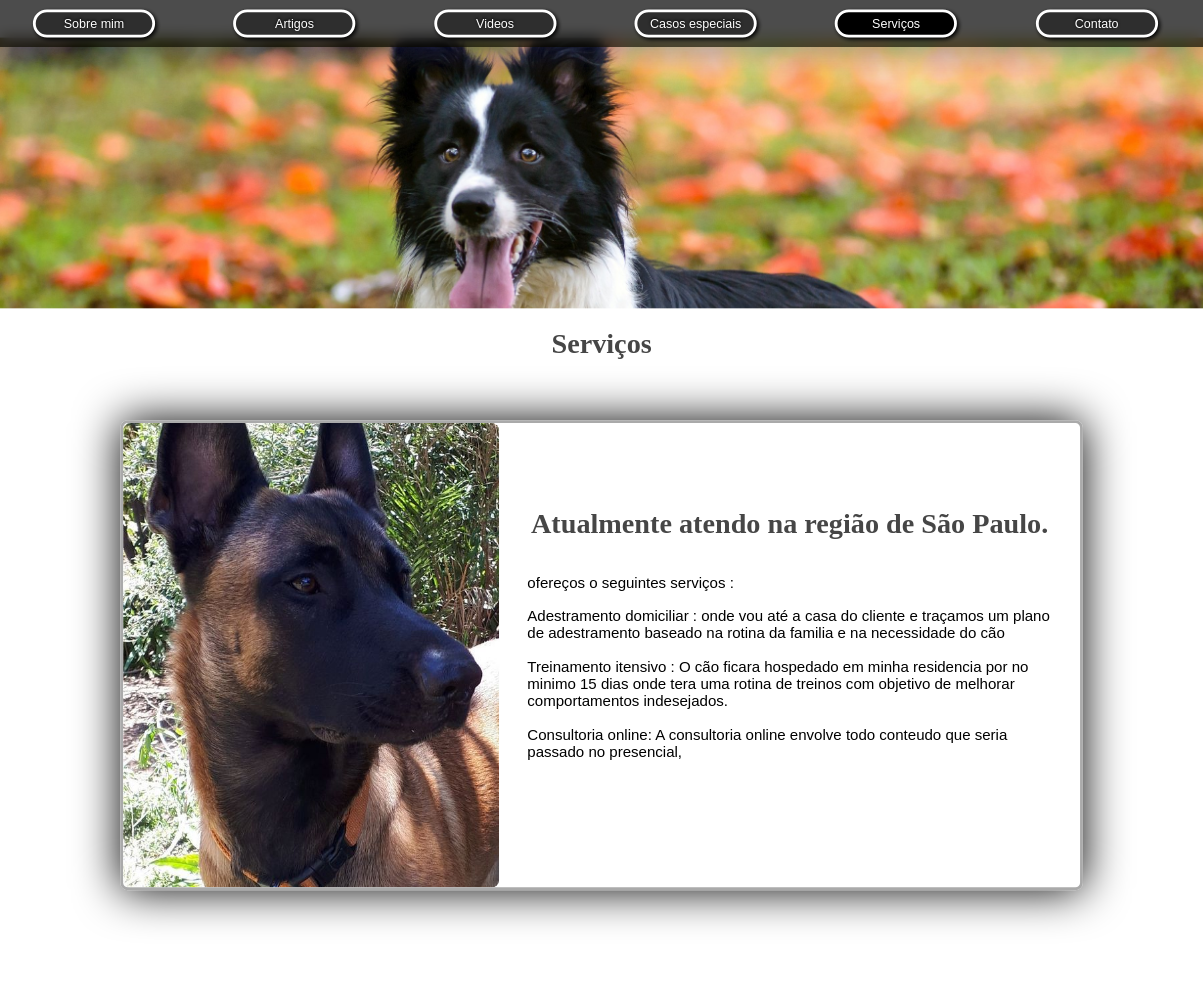
Repository: KevynMarques/Blog-React-StyledComponent
Page: /, after clicking the first element matching `button.sc-dcJsrY`
An editor plug-in stored every save of this project. The page is shown before and after the next save, followed by the edit.
The browser window is 1280 px wide. The pictures show the whole page, at 94% of full size.
The project was rebuilt for these pictures with package versions that can differ from the ones it lists, and the page was loaded fresh each time. Also part of the build but not shown: src/Components/Artigos/index.jsx, src/Components/Clientes/index.jsx, src/Components/Contato/index.jsx, src/Components/View/index.jsx.

Above is the page before, as saved 2022-02-21 18:23:59.

### public/index.html
<!DOCTYPE html>
<html lang="pt-BR">
  <head>
    <meta charset="utf-8" />
    <link rel="icon" href="%PUBLIC_URL%/favicon.ico" />
    <meta name="viewport" content="width=device-width, initial-scale=1" />
    <meta name="theme-color" content="#000000" />
    <meta
      name="description"
      content="Web site created using create-react-app"
    />
    <link rel="apple-touch-icon" href="%PUBLIC_URL%/logo192.png" />
    <!--
      manifest.json provides metadata used when your web app is installed on a
      user's mobile device or desktop. See https://developers.google.com/web/fundamentals/web-app-manifest/
    -->
    <!--
      Notice the use of %PUBLIC_URL% in the tags above.
      It will be replaced with the URL of the `public` folder during the build.
      Only files inside the `public` folder can be referenced from the HTML.

      Unlike "/favicon.ico" or "favicon.ico", "%PUBLIC_URL%/favicon.ico" will
      work correctly both with client-side routing and a non-root public URL.
      Learn how to configure a non-root public URL by running `npm run build`.
    -->
    <title>Adestramento DK</title>
  </head>
  <body>
    <noscript>You need to enable JavaScript to run this app.</noscript>
    <div id="root"></div>
    <!--
      This HTML file is a template.
      If you open it directly in the browser, you will see an empty page.

      You can add webfonts, meta tags, or analytics to this file.
      The build step will place the bundled scripts into the <body> tag.

      To begin the development, run `npm start` or `yarn start`.
      To create a production bundle, use `npm run build` or `yarn build`.
    -->
  </body>
</html>

### src/App.jsx
import Home from './Pages/Home';
import Sobre from './Components/Sobre/index';
import { useState, useEffect } from 'react';
import { GlobalStyle } from './GlobalStyle';
import Geral from './Components/Geral/index';


function App() {

  const [geral, setGeral]=useState(<Sobre />);

  return (
    <>
    <Home setGeral={setGeral} geral={geral}  />
    <Geral geral={geral} />
    <GlobalStyle/>
   </>
  );
}

export default App;

### src/Pages/Home/index.jsx
import React, {useState} from "react"
import {  Home, Videos, Comportamental, Serviços, Diversos, Contato } from "../../Components/Buttons/Style"
import Sobre from '../../Components/Sobre/index'
import Comport  from '../../Components/Artigos/index'
import Clientes from '../../Components/Clientes/index'
import Serv from "../../Components/Serviços"
import Cont from '../../Components/Contato/index'
import View from "../../Components/View"
import { ContainerHeader } from "../../Components/Containers/style"




export default (props) => {

  const [ativo, setAtivo] = useState(false)
  const [ativoVideos, setAtivoVideos] = useState(true)
  const [ativoComp, setComp] = useState(true)
  const [Casos, setCasos] = useState(true)
  const [serviços, setServiços] = useState(true)
  const [contato, setContato] = useState(true)


  return (
   <>
    <ContainerHeader>

       <Home
         setAtivo={setAtivo}
         ativo={ativo}
         onClick={()=>(props.setGeral(<Sobre />),
         setAtivo(false),
         setAtivoVideos(true),
         setComp(true),
         setCasos(true),
         setServiços(true)
         )}>
         <p>Sobre mim</p>
      </Home>


       <Comportamental
          onClick={() =>(props.setGeral(<Comport />),
          setAtivo(true),
          setAtivoVideos(true),
          setComp(false),
          setCasos(true),
          setServiços(true))}

          setComp={setComp}
          ativoComp={ativoComp}>

         <p>Artigos</p>
       </Comportamental>

       <Videos
        ativoEquip={ativoVideos}
        setAtivoVideos={setAtivoVideos}
        onClick={()=>(props.setGeral(<View />),
        setAtivo(true),
        setAtivoVideos(false),
        setComp(true),
        setCasos(true),
        setServiços(true)
        )}>
        <p>Videos</p>
       </Videos>

       <Diversos
          onClick={() =>(props.setGeral(<Clientes />),
          setAtivo(true),
          setAtivoVideos(true),
          setComp(true),
          setCasos(false),
          setServiços(true))}
          setCasos={setCasos}
          Casos={Casos}>
         <p>Casos especiais</p>
       </Diversos>


       <Serviços onClick={() =>(props.setGeral(<Serv />),
        setAtivo(true),
        setAtivoVideos(true),
        setComp(true),
        setCasos(true),
        setServiços(false))}
        setServiços={setServiços}
        serviços={serviços}>
         <p>Serviços</p>
       </Serviços>

       <Contato onClick={() =>(props.setGeral(<Cont />),
        setAtivo(true),
        setAtivoVideos(true),
        setComp(true),
        setCasos(true),
        setServiços(true),
        setContato(false)
       )}
          setContato={setContato}
          contato={contato}>
         <p>Contato</p>
      </Contato>

    </ContainerHeader>
    </>
  );
}

### src/Components/Sobre/index.jsx
import Foto from '../Image/foto.png'
import LV from '../Image/LV.jpg';
import Dog from '../Image/Dog.png'
import { Tittle } from "../Textos&Titles/style";
import { ContainerBaner, ContainerBox, ContainerIMG } from "../Containers/style";
import { Info } from "../Textos&Titles/style";
import { SubTitle } from '../Textos&Titles/style';
import { TitleInfo } from '../Textos&Titles/style';


export default () => {
  return (
<>
     <ContainerBaner>
      <img src={Dog} />
     </ContainerBaner>

   <Tittle>
          Adestramento DK
  </Tittle>


  <ContainerBox>
       <ContainerIMG>
        <img src={Foto} />
       </ContainerIMG>
       <Info>
       <TitleInfo>Quem sou eu</TitleInfo>
       meu nome é Kevyn Marques sempre fui um apaixonado por cães, no ano de 2017 tive o prazer
       de fazer parte do 2BPE  onde pude ter  meu primeiro contato com cães de trabalho tanto de faro como de guarda, encantando com aqueles animais comecei a pesquisar e estudar sobre comportamento canino  e desde la eu nunca mais parei, ao longo da minha jornada como adestrador fiz inumeros cursos com pessoas que estão na aréa do adestramento a anos, tanto no esporte canino como no treinamento pet podendo ter uma visão ampla e diversificade de cada caso que passa pelas minhas mãos, tenho um orgulho enorme dos meus resultados, acredito que todos com a orientação adequada podem ter uma vida em harmonia com seus cães independente do tamanho do problema ele sempre tera solução.
       </Info>
       </ContainerBox>

  <SubTitle>  Viper e Logan !
  </SubTitle>


    <ContainerBox>
       <ContainerIMG>
        <img src={LV} />
       </ContainerIMG>
       <Info>
       <TitleInfo>Nosso dia a dia</TitleInfo>
       Apesar de ter tido cães a vida toda o meu primeiro cão de trabalho foi o Logan, meu pastor Belga Malinois que se encontra ao lado direito da foto, com o Logan vieram inumeros desafios afinal é uma raça dificil de lidar, temperamento forte muita disposição e um drive de caça altissimo, porem com a tecnica é o conhecimento adequado o Logan se tornou a melhor companhia que ja tive na vida, ja o Mali mais escuro na foto é o Viper, minha paixão por Malinois so aumenta e com isso veio mais um para familia, o pequeno Viper é bem diferente do Logan, um cão mais calmo e de um temperamento extremamente equilibrado por enquanto ainda não sei se irei treina-lo para guarda e proteção como o Logan, porem uma coisa é certa, eles fazem uma dupla e tanto !! Irei postar videos rotineiros dos treinos de ambos e espero que vocês acompanhem !
       </Info>
   </ContainerBox>
</>

  );
}

### src/GlobalStyle.jsx
import { createGlobalStyle } from 'styled-components';

 export const GlobalStyle = createGlobalStyle`
  * {
    margin: 0;
    padding: 0;
    box-sizing: border-box;

  }
`;

### src/Components/Geral/index.jsx
import React from "react"

export default (props) => {

  return (

    <>
    {props.geral}
    </>

  );

}

### src/Components/Buttons/Style.jsx
import styled from "styled-components";


export const Home = styled.button `
background:${props => props.ativo ? '#2e2e2e' : '#000000'};
font-family: Arial, Helvetica, sans-serif;
font-style:normal;
color:#ffffff;
border:3px solid #ffffff;
text-shadow:0px -1px 3px #000000;
box-shadow:2px 2px 5px #000000;
box-shadow:2px 2px 5px #000000;
box-shadow:2px 2px 5px #000000;
border-radius:25px 25px 25px 25px;
border-radius:25px 25px 25px 25px;
border-radius:25px 25px 25px 25px;
width:130px;
height: 30px;

&:hover {
  background-color: black;
}

cursor:pointer;
margin:0 auto;
margin-left: 35px;

&:active {
  transform: scale(0.9);
}

`;


export const Videos = styled(Home) `

background:${props => props.ativoEquip ? '#2e2e2e' : '#000000'};

`;

export const Comportamental = styled(Home) `

background:${props => props.ativoComp ? '#2e2e2e' : '#000000'};

`;


export const Diversos = styled(Home) `

background:${props => props.Casos? '#2e2e2e' : '#000000'};

`;


export const Serviços = styled(Home) `

background:${props => props.serviços? '#2e2e2e' : '#000000'};

`;

export const Contato = styled(Home) `

background:#2e2e2e;

`;

### src/Components/Serviços/index.jsx
import { Info, SubTitle } from "../Textos&Titles/style";
import  Border from '../Image/border.jpg';
import Mali  from '../Image/mali.jpg'
import { ContainerIMG, ContainerBox, ContainerBaner } from "../Containers/style";



export default () => {
  return (
    <>
    <ContainerBaner>
    <img src={Border} />
    </ContainerBaner>

    <SubTitle>
         Serviços
    </SubTitle>

      <ContainerBox>
       <ContainerIMG>
        <img src={Mali} />
       </ContainerIMG>
       <Info>

       <SubTitle>Atualmente atendo na região de São Paulo.</SubTitle>
       <br></br><br></br><br></br><br></br>
       ofereços o seguintes serviços : <br></br> <br></br>
       Adestramento domiciliar : onde vou até a casa do cliente e traçamos um plano de adestramento baseado na rotina da familia e na necessidade do cão

       <br></br> <br></br>
       Treinamento itensivo : O cão ficara hospedado em minha residencia por no minimo 15 dias onde tera uma rotina de treinos com objetivo de melhorar comportamentos indesejados.
       <br></br> <br></br>

        Consultoria online: A consultoria online envolve todo conteudo que seria passado no presencial,

        </Info>
       </ContainerBox>

    </>
  );
}

### src/Components/Containers/style.jsx
import  styled  from "styled-components";



export const  ContainerHeader  = styled.div `
     width: 100vw;
     height: 50px;
     margin: 0;
     position: fixed;
     z-index: 99999;
     background: rgba( 0, 0, 0, 0.7 );
     box-shadow: 0 8px 32px 0 rgba( 31, 38, 135, 0.37 );
     backdrop-filter: blur( 7.5px );
     -webkit-backdrop-filter: blur( 7.5px );
     color:white;
     display: flex;
     align-items: center;
     justify-content: center;
`;



export const ContainerBaner= styled.div `
  width: 100%;
  height: 40vh;


    img {
    width: 100%;
    height: 100%;
    object-fit: cover;
    margin-top: 40px;

    }
`;


export const  ContainerBox = styled.section `
  height: 500px;
  border: solid 3px #aaaaaa;
  width: 80vw;
  margin: 100px  10%;
  border-radius: 8px;
  box-shadow: 0 0 3em Black;
  display: flex;
  `;


export const ContainerIMG = styled.div `

    min-width:400px;
    height:494px;

  img {
    object-fit: cover;
    width: 100%;
    height: 100%;
    border-radius: 8px;
  }

`;

### src/Components/Textos&Titles/style.jsx
import styled from 'styled-components'



export const Tittle = styled.h1`
@import url('https://fonts.googleapis.com/css2?family=Bangers&display=swap');
color: #312f2f;
font-size: 60px;
font-family: 'Bangers', cursive;
text-align: center;
height: 40px;
margin-top: 45px;
`;


export const Info = styled.p`
 margin: 30px;
 font-family: Arial, Helvetica, sans-serif;
`;


export const SubTitle = styled.h2 `
 text-align: center;
 font-size: 30px;
 margin-top: 60px;
 font-family: Arial, Helvetica, sans-serif;
 color: #464646;
 margin-bottom: -35px;
 font-family: 'Bangers', cursive;
`;


export const TitleInfo = styled.div `
 text-align: center;
 font-size: 30px;
 font-family: Arial, Helvetica, sans-serif;
 color: #464646;
 font-family: 'Bangers', cursive;
 margin-bottom: 15px;
`;

Loaded but not shown: src/index.js (common file)

After the next save:
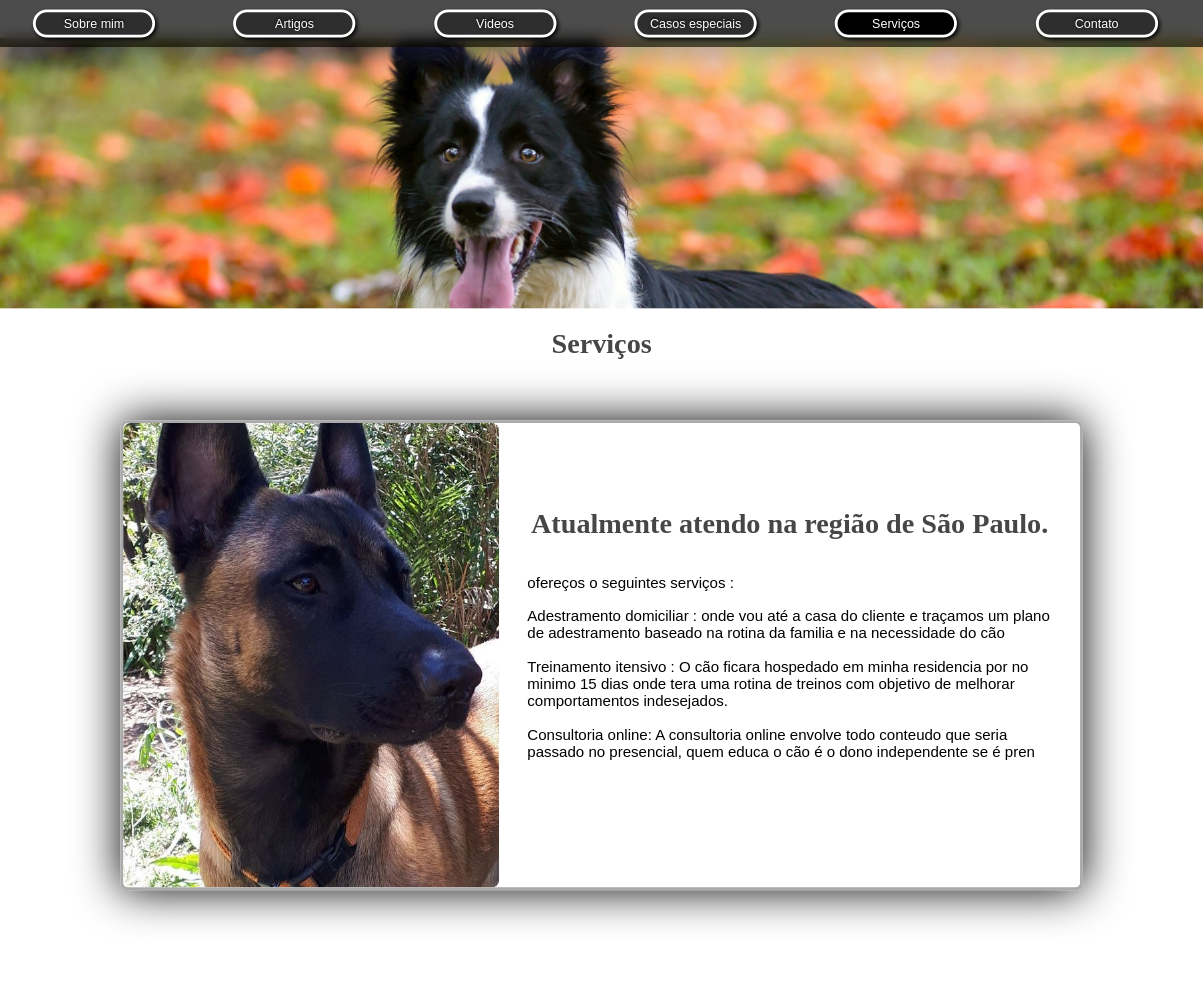
Saved 15 s later.
--- a/src/Components/Serviços/index.jsx
+++ b/src/Components/Serviços/index.jsx
@@ -31,7 +31,7 @@ export default () => {
        Treinamento itensivo : O cão ficara hospedado em minha residencia por no minimo 15 dias onde tera uma rotina de treinos com objetivo de melhorar comportamentos indesejados.
        <br></br> <br></br>
 
-        Consultoria online: A consultoria online envolve todo conteudo que seria passado no presencial,
+        Consultoria online: A consultoria online envolve todo conteudo que seria passado no presencial, quem educa o cão é o dono independente se é pren
 
         </Info>
        </ContainerBox>
